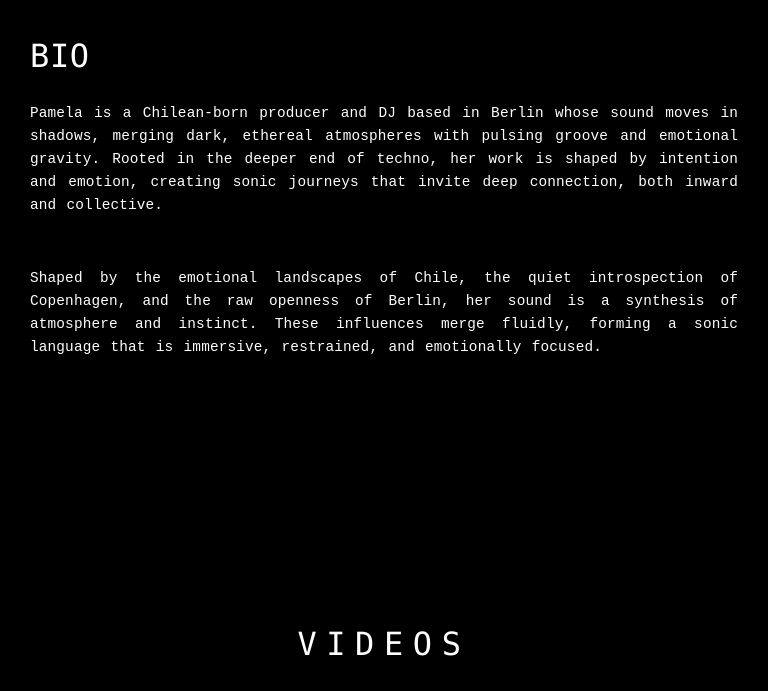
Repository: Svartalv/ReactPortfolio
Page: /
An editor plug-in stored every save of this project. The page is shown before and after the next save, followed by the edit.
The browser window is 768 px wide. The pictures show the part of the page from y = 1349 to 2040 px (the page is 10623 px tall before and 10371 px after).
Pictures or frames that could not be fetched are drawn as grey boxes. Some web fonts or font styles are not loaded; a fallback is used. The project was rebuilt for these pictures with package versions that can differ from the ones it lists, and the page was loaded fresh each time. Also part of the build but not shown: vite.config.js, src/components/Parallax.jsx, src/components/Modal.jsx.

Above is the page before, as saved 2025-10-14 13:20:11.

After the next save:
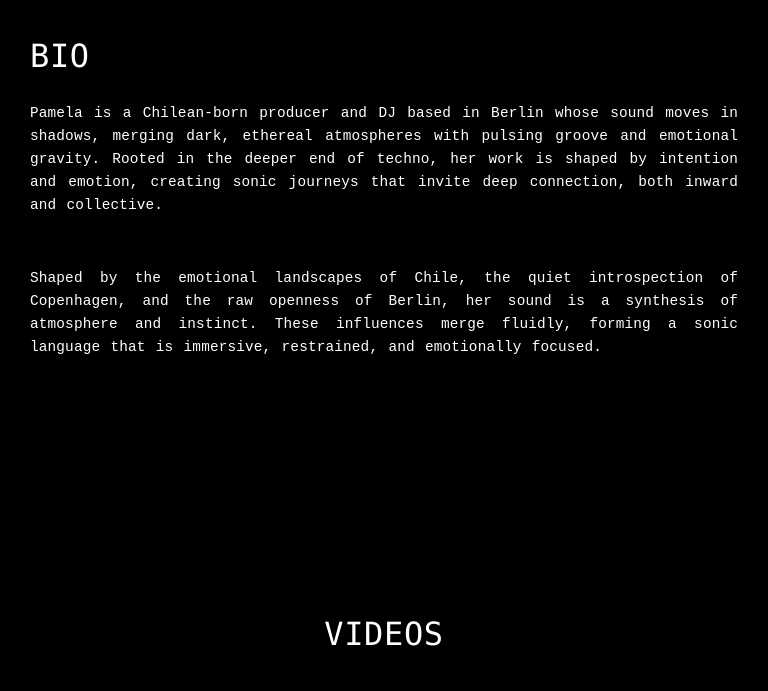
Saved 4 s later.
--- a/src/index.css
+++ b/src/index.css
@@ -403,16 +403,30 @@ h2{text-transform:uppercase;letter-spacing:.18em;text-align:center;margin-bottom
   margin: 0;
 }
 
-/* Mobile Responsive */
+/* Mobile Responsive for Videos */
 @media (max-width: 768px) {
-  .videos-section { padding: 40px 0; }
-  .videos-header h2 { font-size: 2rem; letter-spacing: 0.3em; }
+  .videos-section {
+    padding: 30px 0;
+  }
+
+  .videos-header h2 {
+    font-size: 2rem;
+    margin-bottom: 20px;
+  }
+
   .videos-container {
-    gap: 40px;
+    grid-template-columns: 1fr;
+    gap: 20px;
     padding: 0 20px;
   }
-  .video-thumbnail { height: 200px; }
-  .video-title h3 { font-size: 1.5rem; }
+
+  .video-thumbnail {
+    height: 180px;
+  }
+
+  .video-title h3 {
+    font-size: 1rem;
+  }
 }
 /* CINEMATIC GALLERY SECTION */
 .cinematic-gallery-section {
